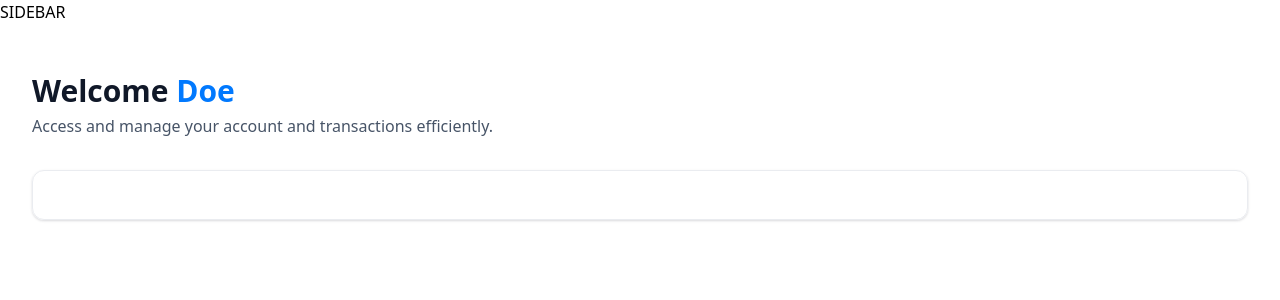
Repository: akinolapo/creditcraze
Page: /
An editor plug-in stored every save of this project. The page is shown before and after a run of saves, followed by the edit.
The browser window is 1280 px wide. The pictures show the whole page.
The project was rebuilt for these pictures with package versions that can differ from the ones it lists, and the page was loaded fresh each time. The framework's server and built-in components were replaced by stand-ins that run in the browser. Also part of the build but not shown: next.config.mjs.

Above is the page before, as saved 2024-06-26 14:06:55.

### app/layout.tsx
import type { Metadata } from "next";
import { Inter, IBM_Plex_Serif } from "next/font/google";
import "./globals.css";

const inter = Inter({ subsets: ["latin"], variable: '--font-inter' });
const ibmPlexSerif = IBM_Plex_Serif({
  subsets: ['latin'],
  weight: ['400', '700'],
  variable: '--font-ibm-plex-serif'
})

export const metadata: Metadata = {
  title: "CreditCraze",
  description: "CreditCraze is a modern banking platform for everyone.",
  icons: {
    icon: '/icons/logo.svg'
  }
};

export default function RootLayout({
  children,
}: Readonly<{
  children: React.ReactNode;
}>) {
  return (
    <html lang="en">
      <body className={`${inter.variable} ${ibmPlexSerif.variable}`}>{children}</body>
    </html>
  );
}

### app/(root)/page.tsx
import HeaderBox from '@/components/HeaderBox'
import TotalBalanceBox from '@/components/TotalBalanceBox';
import React from 'react'

const Home = () => {
  const loggedIn = { firstName: 'Doe'};
  return (
    <section className="home">
      <div className="home-content">
        <header className="home-header">
          <HeaderBox
            type="greeting"
            title="Welcome"
            user={loggedIn?.firstName || 'Guest'}
            subtext="Access and manage your account and transactions efficiently."
          />

          <TotalBalanceBox
            accounts={[]}
            totalBanks={1}
            totalCurrentBalance={1250.35}
          />

        </header>
      </div>
    </section>
  )
}

export default Home

### components/HeaderBox.tsx
const HeaderBox = ({ type="title", title, subtext, user}: HeaderBoxProps) => {
  return (
    <div className="header-box">
        <h1 className="header-box-title">
            {title}
            {type === 'greeting' && (
                <span className="text-bankGradient">
                    &nbsp;{user}
                </span>
            )}
        </h1>
        <p className="header-box-subtext">{subtext}</p>
    </div>
  )
}

export default HeaderBox

### components/TotalBalanceBox.tsx
import React from 'react'

const TotalBalanceBox = ({
  accounts= [], totalBanks, totalCurrentBalance
}:TotlaBalanceBoxProps) => {
  return (
    <section className="total-balance">
      <div className="total-balance-chart">
        {/* DoughnutChart */}
      </div>
      <div className="flex flex-col gap-6">
        <h2 className="header-2"></h2>
      </div>
    </section>
  )
}

export default TotalBalanceBox

Loaded but not shown: app/(root)/layout.tsx (common file); app/globals.css (common file); tailwind.config.ts (common file)

After the next 3 saves:
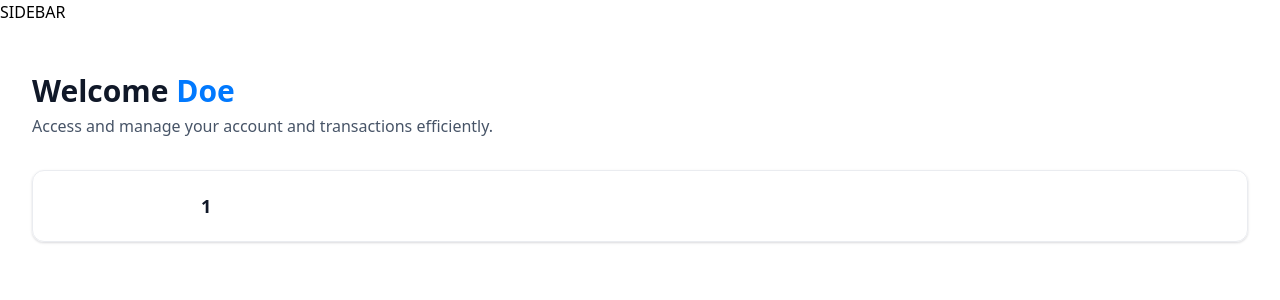
The 3 saves are shown as one change because 1 did not build or start and some came seconds apart.
The last was saved 14 s later.
--- a/components/TotalBalanceBox.tsx
+++ b/components/TotalBalanceBox.tsx
@@ -9,7 +9,9 @@ const TotalBalanceBox = ({
         {/* DoughnutChart */}
       </div>
       <div className="flex flex-col gap-6">
-        <h2 className="header-2"></h2>
+        <h2 className="header-2">
+          {totalBanks}
+        </h2>
       </div>
     </section>
   )
